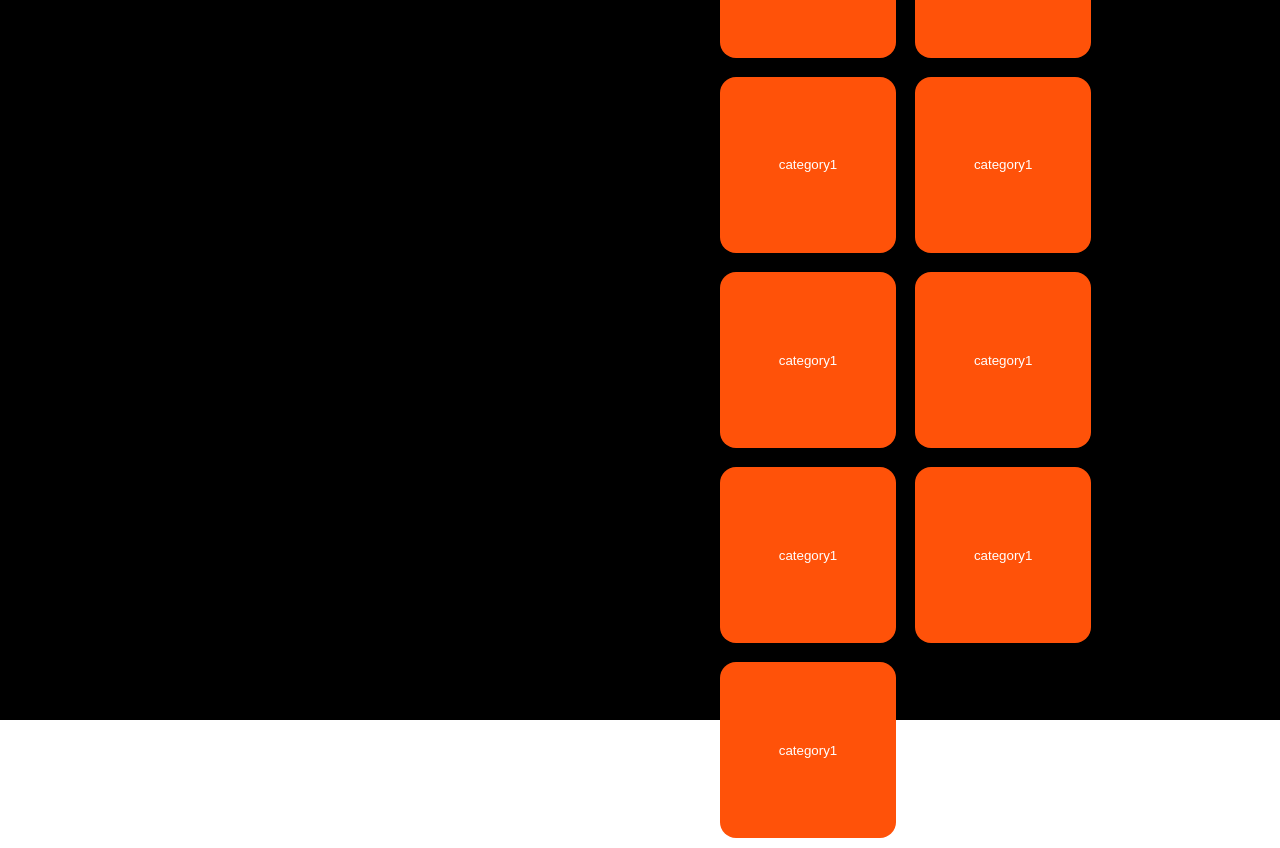
Repository: drumsmanku/react-capstone-project-2
Page: /categories
These files come from the project's save history. The page is drawn as it stood at one moment and after the next save; the edit follows.
The browser window is 1280 px wide. The pictures show the whole page.
Some web fonts or font styles are not loaded; a fallback is used. The project was rebuilt for these pictures with package versions that can differ from the ones it lists, and the page was loaded fresh each time. Also part of the build but not shown: src/components/RegistrationPage.js, src/components/SubmitSuccess.js.

Above is the page before, as saved 2023-05-24 08:53:09.

After the next save:
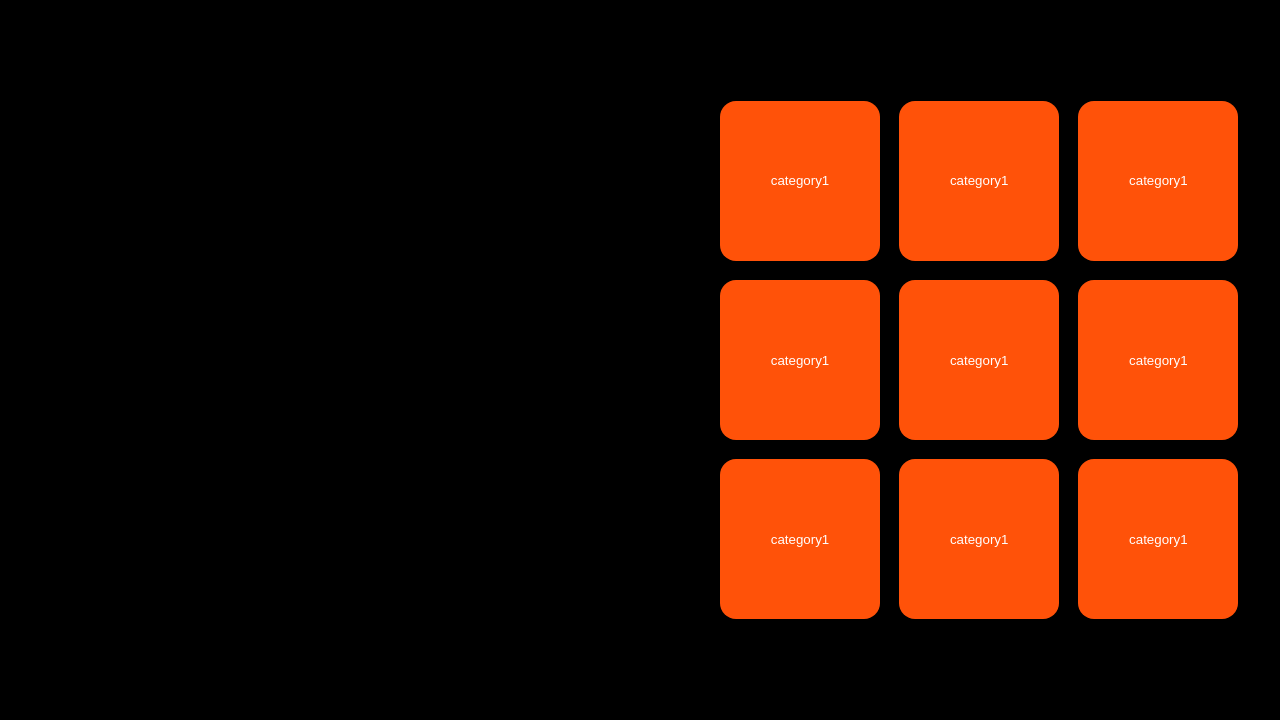
Saved 23 s later.
--- a/src/components/CategoriesPage.js
+++ b/src/components/CategoriesPage.js
@@ -11,7 +11,7 @@ function CategoriesPage(props) {
       <div className='second-container'>
         <div className='category-container'>
           {categories.map((category, index)=>(
-            <button style={{border:'none', background:'none',color:'white', backgroundColor:backgroundcolor[index], height:'11rem', width:'11rem', margin:'0.6rem', borderRadius:'1rem'}} key={index}>{category}</button>
+            <button style={{border:'none', background:'none',color:'white', backgroundColor:backgroundcolor[index], height:'10rem', width:'10rem', margin:'0.6rem', borderRadius:'1rem'}} key={index}>{category}</button>
           ))}
         </div>
         <div>
